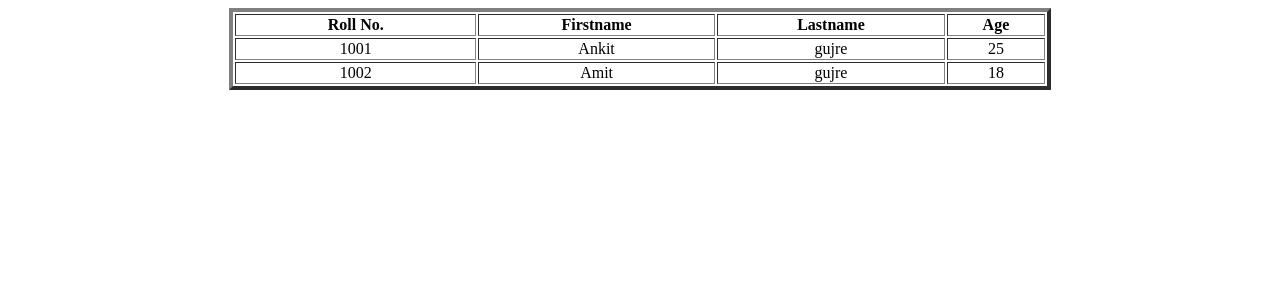
Repository: ankitgujre01/HTMLgeeks
Page: table.html
These files come from the project's save history. The page is drawn as it stood at one moment and after the next save; the edit follows.
The browser window is 1280 px wide. The pictures show the whole page.

Above is the page before, as saved 2025-09-03 23:26:44.

### table.html
<!DOCTYPE html>
<html>
    <head>
        <title>Table</title>
    </head>
    <body>
        <table border="4" align="center" width='65%'>
            <th width="30%">Roll No.</th>
            <th>Firstname</th>
            <th>Lastname</th>
            <th>Age</th>
            <tr align="center">
                <td>1001</td>
                <td>Ankit</td>
                <td>gujre</td>
                <td>25</td>
            </tr>
            <tr align="center">
                <td>1002</td>
                <td>Amit</td>
                <td>gujre</td>
                <td>18</td>
            </tr>
        </table>
    </body>
</html>

After the next save:
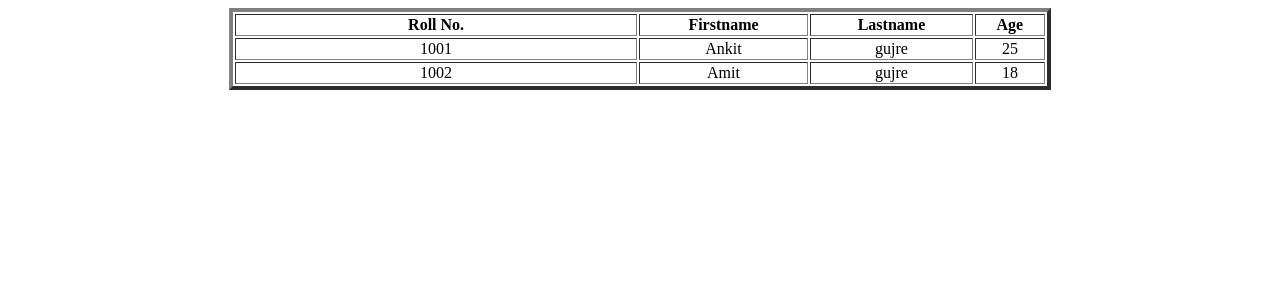
Saved 28 s later.
--- a/table.html
+++ b/table.html
@@ -5,7 +5,7 @@
     </head>
     <body>
         <table border="4" align="center" width='65%'>
-            <th width="30%">Roll No.</th>
+            <th width="50%">Roll No.</th>
             <th>Firstname</th>
             <th>Lastname</th>
             <th>Age</th>
